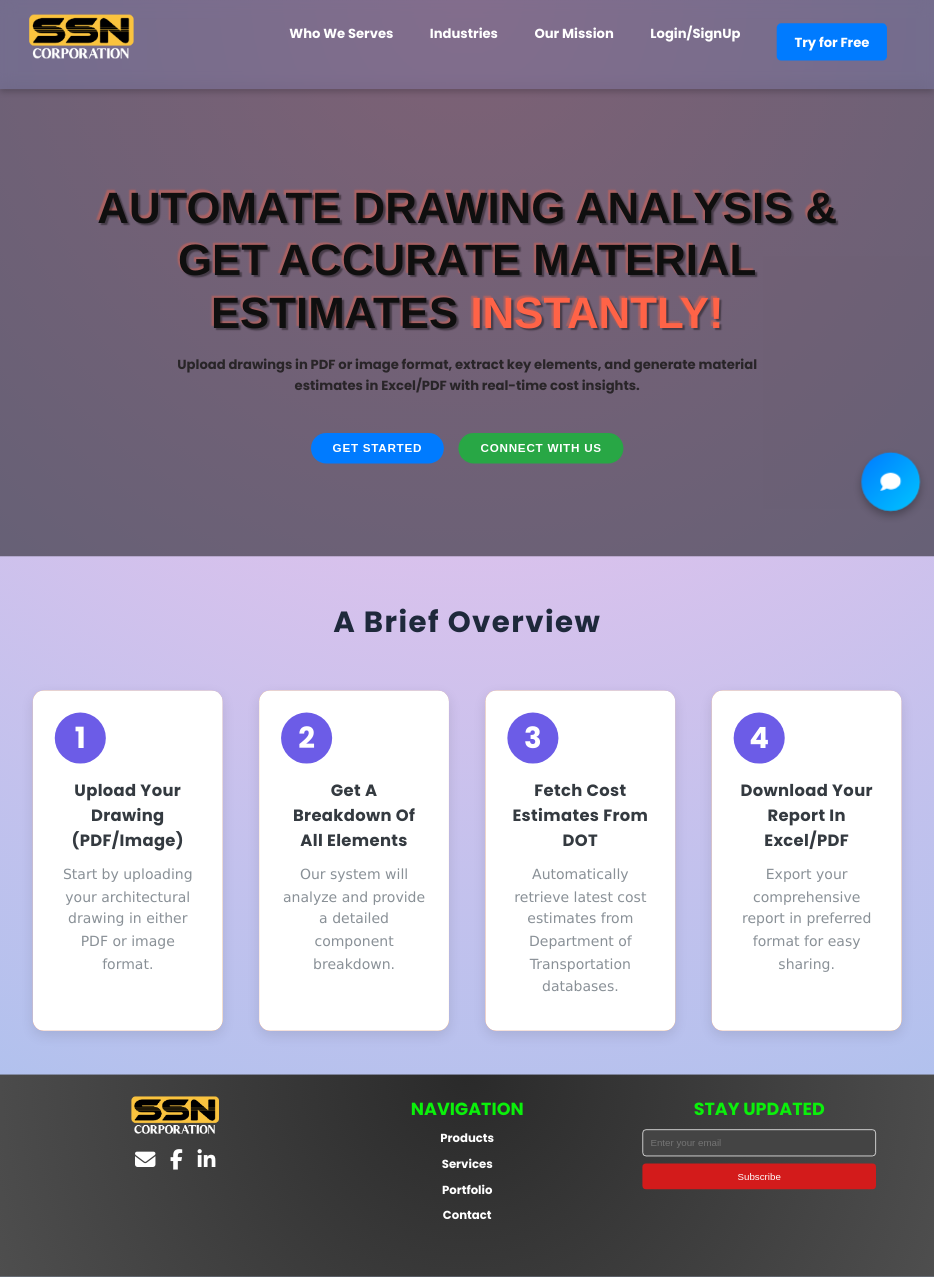
Repository: aabhashbasnet/SSNCorporation
Page: /
The author's editor kept a copy of each file at every save. The page is drawn from the files as they stood at one save, then again after the next save.
The browser window is 1280 px wide. The pictures show the whole page, at 73% of full size.
The project was rebuilt for these pictures with package versions that can differ from the ones it lists, and the page was loaded fresh each time. Also part of the build but not shown: src/pages/OurMission/OurMission.jsx, src/pages/LoginSignUp/LoginSignUp.css, src/pages/LoginSignUp/LoginSignUp.jsx, src/pages/Industries/Industries.jsx, src/pages/Industries/Landscaping.jsx, src/pages/Industries/Paving.jsx, src/pages/Industries/GeneralConstruction.jsx, src/pages/Industries/FacilitiesMaintenance.jsx and 10 more.

Above is the page before, as saved 2025-02-11 15:52:34.

### src/index.css
/* index.css or App.css */
body {
  margin: 0;
  padding: 0;
  font-family: 'Poppins', sans-serif; /* Optional: Add modern typography */
  /* background: linear-gradient(to bottom, #0a192f, #162447); */
  /* background: linear-gradient(to bottom, #0a192f, #004aad); */
  /* background: radial-gradient(circle at top, #00c6ff, #0072ff, #0a192f);
  background: radial-gradient(circle at top, #ff7e5f, #feb47b, #f4f4f4);
  background: radial-gradient(circle at top, #6a11cb, #2575fc);
  background: radial-gradient(circle at top, #ff416c, #ff4b2b); */
  background: radial-gradient(circle at top, #fbc2eb, #a6c1ee);
  /* color: white; Ensures text is readable */
  min-height: 100vh;
}

### src/App.css
.app-container {
  min-height: 100vh;
  display: flex;
  flex-direction: column;
  background-size: cover;
  background-position: center;
}

### src/components/Main/Main.jsx
import React, { useEffect } from "react";
import { useNavigate } from "react-router-dom";
import "./Main.css";

const Main = () => {
  const navigate = useNavigate();

  const handleGetStartedClick = () => {
    // Open the GetStarted component in a new tab
    const newTab = window.open("", "_blank");
    newTab.location.href = "/get-started";
  };

  useEffect(() => {
    // Adding animation to fade in the content
    const content = document.querySelector(".main-content");
    content.classList.add("fade-in");
  }, []);

  return (
    <div className="main-container">
      <div className="background-image">
        <div className="main-content">
          <h1 className="headline">
            Automate Drawing Analysis & Get Accurate Material Estimates{" "}
            <span className="instant">Instantly!</span>
          </h1>
          <p className="description">
            Upload drawings in PDF or image format, extract key elements, and generate material estimates in Excel/PDF with real-time cost insights.
          </p>

          <div className="button-container">
            <button className="button primary" onClick={handleGetStartedClick}>
              Get Started
            </button>
            <button className="button connect">Connect with Us</button>
          </div>
        </div>
      </div>
    </div>
  );
};

export default Main;

### src/components/Working/Working.jsx
import React from 'react';
import './Working.css';


const Working = () => {
  const steps = [
    {
      number: '1',
      title: 'Upload your drawing (PDF/Image)',
      description: 'Start by uploading your architectural drawing in either PDF or image format.'
    },
    {
      number: '2',
      title: 'Get a breakdown of all elements',
      description: 'Our system will analyze and provide a detailed component breakdown.'
    },
    {
      number: '3',
      title: 'Fetch cost estimates from DOT',
      description: 'Automatically retrieve latest cost estimates from Department of Transportation databases.'
    },
    {
      number: '4',
      title: 'Download your report in Excel/PDF',
      description: 'Export your comprehensive report in preferred format for easy sharing.'
    }
  ];

  return (
    <div className="how-it-works-container">
      <h2 className="section-title">A Brief Overview</h2>
      <div className="steps-container">
        {steps.map((step, index) => (
          <div key={index} className="step-card">
            <div className="step-icon">{step.number}</div>
            <h3 className="step-title">{step.title}</h3>
            <p className="step-description">{step.description}</p>
          </div>
        ))}
      </div>
    </div>
  );
};

export default Working;

### src/components/Footer/Footer.jsx
import React from 'react';
import './Footer.css';
import logo from '../../assets/logo.png';

const Footer = () => {
  return (
    <footer className="footer">
      <div className="footer-content"> {/* Container for better layout control */}
        <div className="footer-section">
          <img src={logo} alt="Company Logo" className="logo" />
          <div className="social-links">
            <a href="mailto:info@ssnbuilders.com" aria-label="Email">
              <i className="fas fa-envelope social-icon"></i>
            </a>
            <a href="https://www.facebook.com" aria-label="Facebook" target="_blank" rel="noopener noreferrer">
              <i className="fab fa-facebook-f social-icon"></i>
            </a>
            <a href="https://www.linkedin.com" aria-label="LinkedIn" target="_blank" rel="noopener noreferrer">
              <i className="fab fa-linkedin-in social-icon"></i>
            </a>
          </div>
        </div>

        <div className="footer-section">
          <h4>Navigation</h4>
          <nav>
            <ul className="footer-nav">
              <li><a href="/products">Products</a></li>
              <li><a href="/services">Services</a></li>
              <li><a href="/portfolio">Portfolio</a></li>
              <li><a href="/contact">Contact</a></li>
            </ul>
          </nav>
        </div>

        <div className="footer-section">
          <h4>Stay Updated</h4>
          <div className="newsletter">
            <input
              type="email"
              placeholder="Enter your email"
              className="email-input"
              aria-label="Email for newsletter"
            />
            <button className="subscribe-button">Subscribe</button>
          </div>
        </div>
      </div> {/* Close footer-content */}
    </footer>
  );
}

export default Footer;

### src/components/Main/Main.css
/* Main content styling */
.main-content {
  padding: 50px 20px;
  text-align: center;
  min-height: calc(100vh - 80px);
  display: flex;
  flex-direction: column;
  justify-content: center;
  align-items: center;
  position: relative;
  z-index: 1;
}

/* Gradient overlay */
.main-content:before {
  content: '';
  position: absolute;
  top: 0;
  left: 0;
  right: 0;
  bottom: 0;
  background: rgba(0, 0, 0, 0.5); /* Dark gradient for readability */

  z-index: -1;
}

/* Headline styling with animated underline */
.headline {
  font-family: 'Helvetica', sans-serif;
  font-size: 60px;
  font-weight: bold;
  color: #0f0f0f;
  margin-bottom: 20px;
  line-height: 1.2;
  text-transform: uppercase;
  display: inline-block;
  position: relative;
  max-width: 90%;
  text-shadow: 2px 2px 6px rgba(0, 0, 0, 0.3), 0 0 25px rgba(255, 99, 71, 0.5);
  text-shadow: 3px 3px 2px rgba(0, 0, 0, 0.4), -3px -3px 2px rgba(255, 99, 71, 0.4);


}

.headline .instant {
  color: #ff6347; /* Tomato color */
}

/* Underline animation effect */
.headline:after {
  content: '';
  position: absolute;
  left: 0;
  bottom: -5px;
  width: 0;
  height: 3px;
  background: #ff6347;
  transition: width 0.3s ease;
}

.headline:hover:after {
  width: 100%;
}

/* Description styling */
.description {
  font-size: 18px;
  font-weight: bold;
  color: rgba(31, 28, 30, 0.884);
  max-width: 800px;
  margin: 0 auto;
  line-height: 1.6;
  margin-bottom: 30px;
}

/* Button container styling */
.button-container {
  display: flex;
  gap: 20px;
  justify-content: center;
  margin-top: 20px;
  flex-wrap: wrap;
  align-items: center;
}

/* Button base styling */
.button {
  padding: 12px 30px;
  font-size: 16px;
  font-weight: bold;
  border: none;
  border-radius: 25px;
  cursor: pointer;
  transition: all 0.3s ease;
  display: inline-block;
  text-transform: uppercase;
  letter-spacing: 1px;
}

/* Default button styling */
.button:hover {
  transform: translateY(-5px);
}

/* "Get Started" button styling */
.button.primary {
  background-color: #007bff;
  color: white;
}

.button.primary:hover {
  background-color: #0056b3;
}

/* "Connect with Us" button styling */
.button.connect {
  background-color: #28a745;
  color: white;
}

.button.connect:hover {
  background-color: #218838;
}

/* Add some responsive styling */
@media (max-width: 768px) {
  .headline {
    font-size: 45px; /* Adjust the headline font size */
  }

  .description {
    font-size: 16px;
    padding: 0 20px;
  }

  .button-container {
    flex-direction: column; /* Stack buttons on mobile */
  }

  .button {
    width: 100%;
    max-width: 300px;
    margin: 10px 0;
  }
}

### src/components/Working/Working.css
/* Working.css */

/* Container for the whole section */
.how-it-works-container {
    padding: 60px 20px;
    /* background-color: #f1f4f9; */
    text-align: center;
  }

  .section-title {
    font-size: 3rem;
    font-weight: bold;
    color: #343a40;
    margin-bottom: 40px;
    /* text-transform: uppercase; */
    letter-spacing: 2px;
    animation: fadeIn 1s ease-out;
  }

  /* Flexbox container for the cards */
  .steps-container {
    display: flex;
    justify-content: center;
    gap: 50px;
    flex-wrap: wrap;
    animation: fadeInUp 1s ease-out;
  }

  /* Individual step cards */
  .step-card {
    background-color: #fff;
    border-radius: 15px;
    box-shadow: 0 6px 18px rgba(0, 0, 0, 0.1);
    padding: 30px;
    width: 260px;
    transition: transform 0.4s ease, box-shadow 0.4s ease;
    cursor: pointer;
    position: relative;
    overflow: hidden;
    text-align: center;
  }

  .step-card:hover {
    transform: translateY(-10px);
    box-shadow: 0 12px 30px rgba(0, 0, 0, 0.15);
  }

  .step-card::before {
    content: "";
    position: absolute;
    top: 50%;
    left: 50%;
    width: 200%;
    height: 200%;
    background: linear-gradient(45deg, #ff6f61, #f79c42, #6c5ce7);
    z-index: -1;
    animation: expand 3s ease-out infinite;
    transform: translate(-50%, -50%);
  }

  /* Step icon circle */
  .step-icon {
    font-size: 2.5rem;
    font-weight: bold;
    color: #fff;
    background-color: #6c5ce7;
    width: 70px;
    height: 70px;
    border-radius: 50%;
    display: flex;
    align-items: center;
    justify-content: center;
    margin-bottom: 20px;
    transition: transform 0.3s ease;
  }

  .step-card:hover .step-icon {
    transform: scale(1.1);
  }

  /* Title style for each step */
  .step-title {
    font-size: 1.4rem;
    font-weight: 600;
    color: #343a40;
    margin-bottom: 15px;
    text-transform: capitalize;
    letter-spacing: 0.5px;
    transition: color 0.3s ease;
  }

  .step-card:hover .step-title {
    color: #6c5ce7;
  }

  /* Description under each title */
  .step-description {
    font-size: 1.2rem;
    font-family: 'Lucida Sans', 'Lucida Sans Regular', 'Lucida Grande', 'Lucida Sans Unicode', Geneva, Verdana, sans-serif;
    font-weight: 500;
    color: #6c757d;
    line-height: 1.6;
    padding-bottom: 15px;
    opacity: 0.8;
    transition: opacity 0.3s ease;
  }

  .step-card:hover .step-description {
    opacity: 1;
    color: #2f353b;
  }

  /* Hover animations for smooth effects */
  @keyframes fadeIn {
    from {
      opacity: 0;
      transform: translateY(-20px);
    }
    to {
      opacity: 1;
      transform: translateY(0);
    }
  }

  @keyframes fadeInUp {
    from {
      opacity: 0;
      transform: translateY(20px);
    }
    to {
      opacity: 1;
      transform: translateY(0);
    }
  }

  @keyframes expand {
    0% {
      transform: translate(-50%, -50%) scale(1);
    }
    50% {
      transform: translate(-50%, -50%) scale(1.2);
    }
    100% {
      transform: translate(-50%, -50%) scale(1);
    }
  }

  /* Mobile responsiveness */
  @media (max-width: 768px) {
    .steps-container {
      flex-direction: column;
      align-items: center;
    }

    .step-card {
      width: 90%;
      margin-bottom: 30px;
    }
  }

### src/components/Footer/Footer.css
.footer {
  background-color: #333;
  background: radial-gradient(circle at top, #2a2a2a, #4e4e4e);
  color: white;
  padding: 30px;
}

.footer-content {
  display: flex;
  flex-wrap: wrap;
  justify-content: space-around;
  max-width: 1200px;
  margin: 0 auto;
  align-items: stretch; /* Ensure all sections stretch evenly */
}

.footer-section {
  flex: 1 1 30%;
  margin-bottom: 2rem; /* Use rem for consistent scaling */
  text-align: center;
}

.logo {
  width: 120px;
  height: auto;
  margin-bottom: 15px;
}

.social-links {
  display: flex;
  justify-content: center;
  gap: 20px;
}

.social-icon {
  font-size: 28px;
  color: white;
  transition: color 0.3s ease;
}

.social-icon:hover {
  transform: scale(1.5);
  color: #ff6347; /* Change hover color to match the button theme */
}

.social-icon:focus {
  outline: 2px solid #ff6347; /* Focus state for better accessibility */
}

.footer-section h4 {
  font-size: 1.5rem; /* Scalable font size */
  font-weight: bold;
  margin-bottom: 10px;
  color: rgb(11, 240, 11);
  text-transform: uppercase;
}

.footer-nav {
  list-style: none;
  padding: 0;
  margin: 0;
}

.footer-nav li {
  margin-bottom: 10px;
}

.footer-nav a {
  font-size: 1rem;
  color: hsl(0, 0%, 100%);
  text-decoration: none;
  transition: color 0.3s ease;
}

.footer-nav a:hover {
  color: #0e76a8;
  transform: translate(5px);
}

.footer-nav a:focus {
  outline: 2px solid #ff6347; /* Focus state for better accessibility */
}

.newsletter {
  display: flex;
  flex-direction: column;
  align-items: center;
}

.email-input {
  padding: 10px;
  border: 1px solid #fff;
  border-radius: 5px;
  width: 80%;
  margin-bottom: 10px;
  background-color: #444;
  color: white;
  transition: background-color 0.3s ease;
}

.email-input:focus {
  background-color: #555; /* Lighter background when focused */
}

.subscribe-button {
  padding: 10px 20px;
  background-color: #d31b1b;
  color: white;
  border: none;
  border-radius: 5px;
  cursor: pointer;
  transition: all 0.3s ease;
  width: 80%;
}

.subscribe-button:hover {
  background-color: #b91b1b;
  transform: scale(1.05); /* Slightly enlarge on hover */
}

@media screen and (max-width: 768px) {
  .footer-section {
    flex: 1 1 100%; /* Full width on mobile */
    margin-bottom: 20px;
  }

  .newsletter {
    flex-direction: column;
    align-items: center;
  }

  .email-input,
  .subscribe-button {
    width: 100%; /* Full width input and button */
  }

  .footer-nav li {
    margin-bottom: 5px; /* Reduce margin between links */
  }

  .social-icon {
    font-size: 24px; /* Smaller social icons on mobile */
  }
}

### src/pages/Industries/Industries.css
/* Import Poppins font */
@import url('https://fonts.googleapis.com/css2?family=Poppins:wght@700&display=swap');

.industries-container {
  padding: 5rem 1rem;
}

.industries-title {
  font-family: Arial, Helvetica, sans-serif;
  text-align: center;
  font-size: 2.9rem;
  color: #1f2937;
  margin-bottom: 1rem;
  font-weight: 1000;
}

.industries-subtitle {
  text-align: center;
  color: #4b5563;
  font-size: 1.125rem;
  max-width: 800px;
  margin: 0 auto 3rem;
  line-height: 1.6;
}

.industries-grid {
  display: grid;
  gap: 2rem;
  grid-template-columns: 1fr;
}

.industry-card {
  background: white;
  padding: 2.5rem;
  border-radius: 1rem;
  box-shadow: 0 4px 6px -1px rgba(0, 0, 0, 0.1);
  transition: transform 0.3s ease, box-shadow 0.3s ease;
}

.industry-card:hover {
  transform: translateY(-5px);
  box-shadow: 0 10px 15px -3px rgba(0, 0, 0, 0.1);
}

.icon-container {
  width: 60px;
  height: 60px;
  border-radius: 50%;
  display: flex;
  align-items: center;
  justify-content: center;
  margin-bottom: 1.5rem;
}

.industry-icon {
  font-size: 2.5rem;
  color: white;
}

.industry-title {
  color: #1f2937;
  font-size: 1.5rem;
  margin: 1.5rem 0 1rem;
  font-weight: 600;
}

.industry-description {
  color: #4b5563;
  line-height: 1.6;
  margin-bottom: 1.5rem;
}

.learn-more-btn {
  color: #3b82f6;
  text-decoration: none;
  font-weight: 500;
  display: inline-flex;
  align-items: center;
  gap: 0.5rem;
  transition: color 0.3s ease;
}

.learn-more-btn:hover {
  color: #2563eb;
}

@media (min-width: 768px) {
  .industries-grid {
    grid-template-columns: repeat(2, 1fr);
  }
}

@media (min-width: 1024px) {
  .industries-grid {
    grid-template-columns: repeat(4, 1fr);
  }

  .industries-title {
    font-size: 3rem;
  }

  .industries-subtitle {
    font-size: 1.25rem;
  }
}

### src/pages/Industries/FacilitiesMaintainance.css
/* Reset and base styles */
* {
  margin: 0;
  padding: 0;
  box-sizing: border-box;
}

body {
  background-color: #f5f7fa;
}

/* General section styling */
section {
  padding: 4rem 2rem;
  max-width: 1200px;
  margin: 0 auto;
}

/* Overview section */
.overview-section {
  display: flex;
  gap: 3rem;
  align-items: center;
  min-height: 80vh;
  background: linear-gradient(135deg, #e8f4fd 0%, #f5f7fa 100%);
  border-radius: 20px;
  margin: 2rem auto;
}

.overview-text {
  flex: 1;
}

.overview-text h1 {
  font-size: 3rem;
  margin-bottom: 1.5rem;
  color: #2c3e50;
  line-height: 1.2;
  font-weight: 700;
}

.overview-text p {
  font-size: 1.1rem;
  line-height: 1.6;
  color: #5a6c7d;
  margin-bottom: 1.5rem;
}

.overview-image {
  flex: 1;
  position: relative;
}

.overview-image img {
  width: 100%;
  height: auto;
  border-radius: 15px;
  box-shadow: 0 20px 40px rgba(0, 0, 0, 0.1);
}

/* Features and Benefits section */
.features-benefits {
  background: linear-gradient(135deg, #f5f7fa 0%, #e8f4fd 100%);
  text-align: center;
  padding: 5rem 2rem;
  border-radius: 20px;
  margin: 2rem auto;
}

.features-benefits h2 {
  font-size: 2.5rem;
  color: #2c3e50;
  margin-bottom: 3rem;
  font-weight: 700;
}

.feature-card {
  background: rgba(255, 255, 255, 0.9);
  padding: 2rem;
  border-radius: 10px;
  box-shadow: 0 10px 20px rgba(0, 0, 0, 0.05);
  transition: transform 0.3s ease;
  text-align: center;
}

.feature-card:hover {
  transform: translateY(-5px);
  background: rgba(255, 255, 255, 0.95);
  box-shadow: 0 15px 30px rgba(0, 0, 0, 0.1);
}

.feature-card i {
  font-size: 2.5rem;
  margin-bottom: 1rem;
}

.feature-card h3 {
  font-size: 1.5rem;
  color: #2c3e50;
  margin-bottom: 1rem;
  font-weight: 600;
}

.feature-card p {
  color: #5a6c7d;
  line-height: 1.5;
}

/* CTA section */
.cta-section {
  text-align: center;
  background: linear-gradient(135deg, #3498db, #2980b9);
  color: white;
  border-radius: 15px;
  margin: 2rem auto;
  padding: 4rem 2rem;
  box-shadow: 0 15px 30px rgba(41, 128, 185, 0.2);
}

.cta-section h2 {
  font-size: 2.5rem;
  margin-bottom: 1.5rem;
  font-weight: 700;
}

.cta-section p {
  font-size: 1.2rem;
  margin-bottom: 2rem;
  max-width: 600px;
  margin-left: auto;
  margin-right: auto;
  line-height: 1.6;
}

.cta-button {
  display: inline-block;
  padding: 1rem 2rem;
  font-size: 1.2rem;
  font-weight: 600;
  text-decoration: none;
  color: white;
  background: linear-gradient(135deg, #28a745, #218838);
  border-radius: 30px;
  transition: all 0.3s ease;
  cursor: pointer;
  border: 2px solid transparent;
  box-shadow: 0 4px 15px rgba(40, 167, 69, 0.2);
}

.cta-button:hover {
  transform: scale(1.05);
  box-shadow: 0 6px 20px rgba(40, 167, 69, 0.3);
  background: linear-gradient(135deg, #218838, #28a745);
  color: white;
  border-color: rgba(255, 255, 255, 0.2);
}

/* Responsive Design */
@media (max-width: 1024px) {
  .features-grid {
      grid-template-columns: repeat(2, 1fr);
  }
}

@media (max-width: 768px) {
  .overview-section {
      flex-direction: column;
      text-align: center;
  }

  .overview-text h1 {
      font-size: 2.5rem;
  }

  .features-grid {
      grid-template-columns: 1fr;
  }

  .cta-section h2 {
      font-size: 2rem;
  }
}

@media (max-width: 480px) {
  section {
      padding: 2rem 1rem;
  }

  .overview-text h1 {
      font-size: 2rem;
  }

  .features-benefits h2 {
      font-size: 2rem;
  }

  .feature-card {
      margin: 0;
  }

  .cta-button {
      width: 90%;
      max-width: 300px;
  }
}

Loaded but not shown: public/index.html (common file); src/index.js (common file); src/reportWebVitals.js (common file); src/App.js (63 lines, source omitted); src/components/FloatingChatButton/FloatingChatButton.jsx (177 lines, source omitted); src/components/FloatingChatButton/FloatingChatButton.css (285 lines, source omitted); src/components/Navbar/Navbar.jsx (138 lines, source omitted); src/components/Navbar/Navbar.css (231 lines, source omitted); src/pages/Industries/Paving.css (214 lines, source omitted); src/pages/Industries/Landscaping.css (213 lines, source omitted); src/pages/OurMission/OurMission.css (228 lines, source omitted); src/pages/Industries/GeneralConstruction.css (205 lines, source omitted)

After the next save:
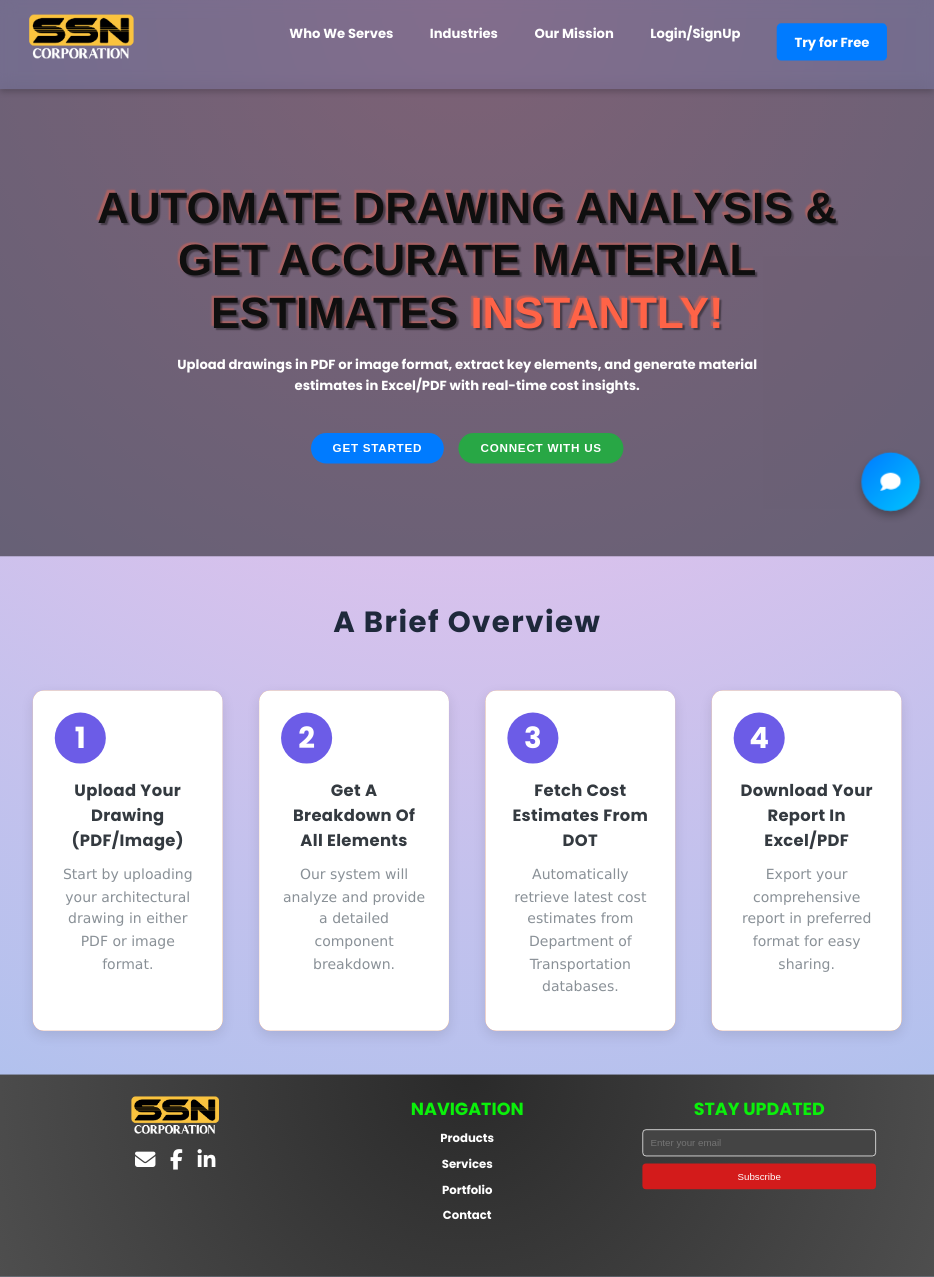
Saved 4 s later.
--- a/src/components/Main/Main.css
+++ b/src/components/Main/Main.css
@@ -66,7 +66,7 @@
 .description {
   font-size: 18px;
   font-weight: bold;
-  color: rgba(31, 28, 30, 0.884);
+  color: rgb(255, 255, 255);
   max-width: 800px;
   margin: 0 auto;
   line-height: 1.6;
